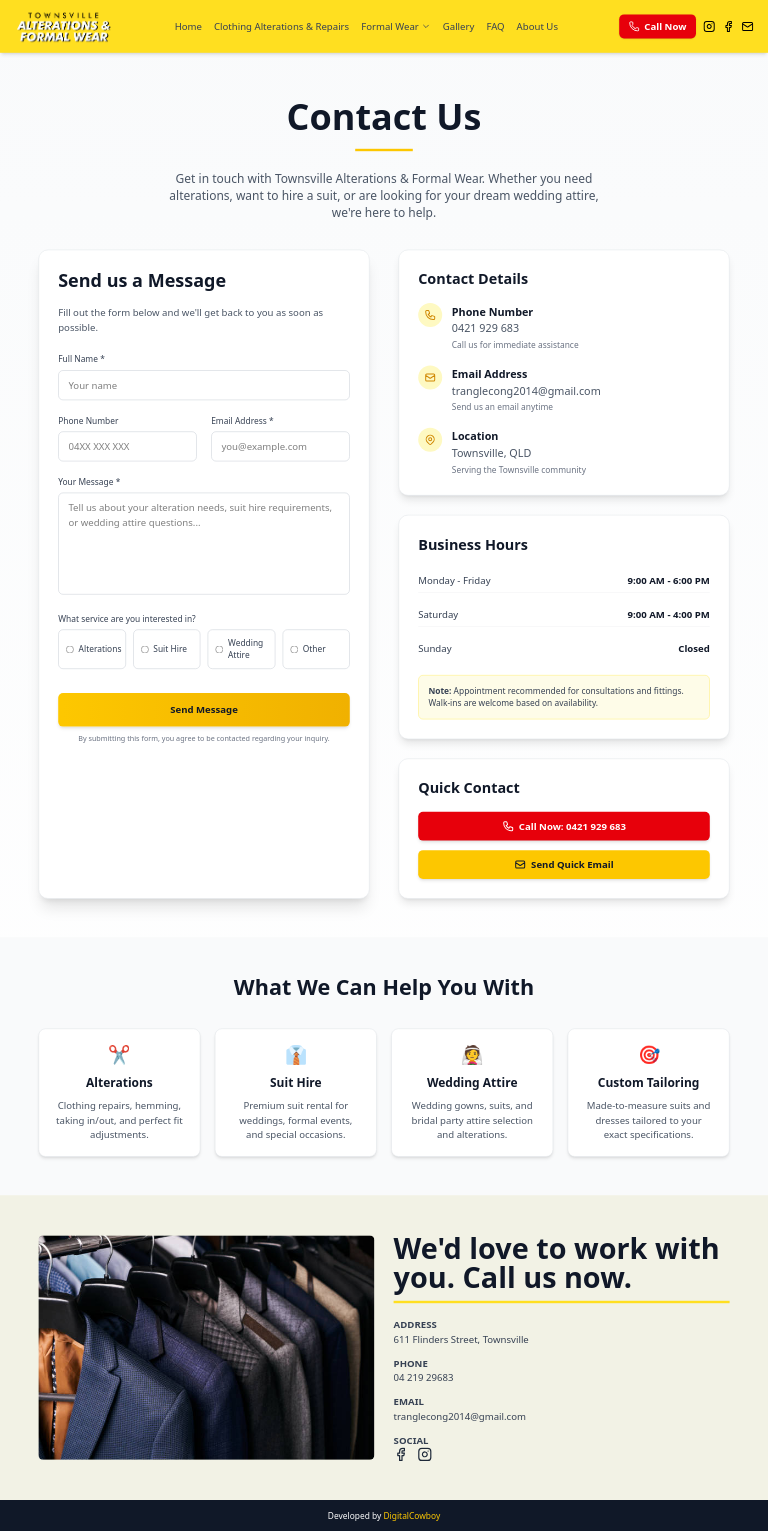
Repository: tarekhasan1/townsville-alteration
Page: /contact
These files come from the project's save history. The page is drawn as it stood at one moment and after the next save; the edit follows.
The browser window is 1280 px wide. The pictures show the whole page, at 60% of full size.
The project was rebuilt for these pictures with package versions that can differ from the ones it lists, and the page was loaded fresh each time. The framework's server and built-in components were replaced by stand-ins that run in the browser. Also part of the build but not shown: next.config.ts.

Above is the page before, as saved 2026-01-21 06:12:23.

### src/app/layout.tsx
// app/layout.tsx
import type { Metadata } from "next";
import { Geist, Geist_Mono } from "next/font/google";
import "./globals.css";
import Navbar from "@/components/Navbar";
import ContactSection from "@/components/ContactSection";
import DevelopedBy from "@/components/DevelopedBy";
import { headers } from "next/headers";
import LayoutShell from "@/components/LayoutShell";

const geistSans = Geist({
  variable: "--font-geist-sans",
  subsets: ["latin"],
});

const geistMono = Geist_Mono({
  variable: "--font-geist-mono",
  subsets: ["latin"],
});

export const metadata: Metadata = {
  title: "Townsville Alterations and Formal Wear | Tailoring, Suit Hire, Alterations",
  description: "Townsville Alterations and Formal Wear - Reinvent Your Wardrobe. Hire or tailor-make outfits that turn heads. Expert suit hire, bridal alterations, and tailoring in Townsville.",
  keywords: "Townsville Tailoring, Formal Wear Townsville, Suit Hire, Alterations, Wedding Dress Alterations, Custom Tailoring",
  authors: [{ name: "Townsville Alterations & Formal Wear" }],
  creator: "Townsville Alterations & Formal Wear",
  publisher: "Townsville Alterations & Formal Wear",
  robots: "index, follow",
  icons: "/logo.png",
};

export default function RootLayout({ children }: { children: React.ReactNode }) {
  return (
    <html lang="en">
      <body>
        <LayoutShell>{children}</LayoutShell>
      </body>
    </html>
  );
}

### src/app/globals.css
@import "tailwindcss";

:root {
  --background: #ffffff;
  --foreground: #171717;
}

### src/components/LayoutShell.tsx
// components/LayoutShell.tsx
'use client';

import { usePathname } from 'next/navigation';
import Navbar from '@/components/Navbar';
import ContactSection from '@/components/ContactSection';
import DevelopedBy from '@/components/DevelopedBy';

export default function LayoutShell({ children }: { children: React.ReactNode }) {
  const pathname = usePathname();
  const isAdminRoute = pathname.startsWith('/admin');

  return (
    <>
      {!isAdminRoute && <Navbar />}
      {children}
      {!isAdminRoute && (
        <>
          <ContactSection />
          <DevelopedBy />
        </>
      )}
    </>
  );
}

### src/components/ContactForm.tsx
// components/ContactForm.tsx
'use client';

import { useState } from 'react';

interface FormData {
  name: string;
  phone: string;
  email: string;
  message: string;
}

export default function ContactForm() {
  const [formData, setFormData] = useState<FormData>({
    name: '',
    phone: '',
    email: '',
    message: '',
  });

  const [isSubmitting, setIsSubmitting] = useState(false);
  const [submitStatus, setSubmitStatus] = useState<'idle' | 'success' | 'error'>('idle');
  const [errorMessage, setErrorMessage] = useState('');

  const handleChange = (e: React.ChangeEvent<HTMLInputElement | HTMLTextAreaElement>) => {
    const { name, value } = e.target;
    setFormData(prev => ({
      ...prev,
      [name]: value,
    }));
  };

  const handleSubmit = async (e: React.FormEvent) => {
    e.preventDefault();
    setIsSubmitting(true);
    setSubmitStatus('idle');
    setErrorMessage('');

    // Validate form
    if (!formData.name.trim() || !formData.email.trim() || !formData.message.trim()) {
      setErrorMessage('Please fill in all required fields.');
      setIsSubmitting(false);
      return;
    }

    if (!formData.email.match(/^[^\s@]+@[^\s@]+\.[^\s@]+$/)) {
      setErrorMessage('Please enter a valid email address.');
      setIsSubmitting(false);
      return;
    }

    try {
      // Send email using Formspree or direct mailto
      const subject = `Website Contact Form - ${formData.name}`;
      const body = `
Name: ${formData.name}
Phone: ${formData.phone || 'Not provided'}
Email: ${formData.email}

Message:
${formData.message}

---
This message was sent from the Townsville Alterations & Formal Wear website contact form.
      `.trim();

      // Using mailto as a fallback (works on most devices)
      window.location.href = `mailto:tranglecong2014@gmail.com?subject=${encodeURIComponent(subject)}&body=${encodeURIComponent(body)}`;

      // For better UX, we'll simulate success
      setTimeout(() => {
        setSubmitStatus('success');
        setIsSubmitting(false);
        // Reset form after successful submission
        setFormData({
          name: '',
          phone: '',
          email: '',
          message: '',
        });
      }, 500);

      // Optional: Log to console for debugging
      console.log('Form submitted:', { formData });

    } catch (error) {
      console.error('Error submitting form:', error);
      setSubmitStatus('error');
      setErrorMessage('Something went wrong. Please try again or call us directly.');
      setIsSubmitting(false);
    }
  };

  return (
    <form onSubmit={handleSubmit} className="space-y-6">
      {/* Success Message */}
      {submitStatus === 'success' && (
        <div className="p-4 bg-green-50 border border-green-200 rounded-lg">
          <div className="flex items-center">
            <svg className="w-5 h-5 text-green-500 mr-2" fill="none" stroke="currentColor" viewBox="0 0 24 24">
              <path strokeLinecap="round" strokeLinejoin="round" strokeWidth="2" d="M5 13l4 4L19 7" />
            </svg>
            <span className="text-green-700 font-medium">
              Thank you! Your message has been sent. We&apos;ll get back to you soon.
            </span>
          </div>
        </div>
      )}

      {/* Error Message */}
      {submitStatus === 'error' && (
        <div className="p-4 bg-red-50 border border-red-200 rounded-lg">
          <div className="flex items-center">
            <svg className="w-5 h-5 text-red-500 mr-2" fill="none" stroke="currentColor" viewBox="0 0 24 24">
              <path strokeLinecap="round" strokeLinejoin="round" strokeWidth="2" d="M12 9v2m0 4h.01m-6.938 4h13.856c1.54 0 2.502-1.667 1.732-2.5L13.732 4c-.77-.833-1.964-.833-2.732 0L4.196 16.5c-.77.833.192 2.5 1.732 2.5z" />
            </svg>
            <span className="text-red-700 font-medium">
              {errorMessage || 'Something went wrong. Please try again.'}
            </span>
          </div>
        </div>
      )}

      {/* Validation Error */}
      {errorMessage && submitStatus === 'idle' && (
        <div className="p-4 bg-yellow-50 border border-yellow-200 rounded-lg">
          <div className="flex items-center">
            <svg className="w-5 h-5 text-yellow-500 mr-2" fill="none" stroke="currentColor" viewBox="0 0 24 24">
              <path strokeLinecap="round" strokeLinejoin="round" strokeWidth="2" d="M12 9v2m0 4h.01m-6.938 4h13.856c1.54 0 2.502-1.667 1.732-2.5L13.732 4c-.77-.833-1.964-.833-2.732 0L4.196 16.5c-.77.833.192 2.5 1.732 2.5z" />
            </svg>
            <span className="text-yellow-700 font-medium">{errorMessage}</span>
          </div>
        </div>
      )}

      {/* Name Field */}
      <div>
        <label htmlFor="name" className="block text-sm font-medium text-gray-700 mb-2">
          Full Name *
        </label>
        <input
          type="text"
          id="name"
          name="name"
          value={formData.name}
          onChange={handleChange}
          required
          className="w-full px-4 py-3 border border-gray-300 rounded-lg focus:ring-2 focus:ring-yellow-400 focus:border-transparent transition outline-none"
          placeholder="Your name"
          disabled={isSubmitting}
        />
      </div>

      {/* Contact Info Grid */}
      <div className="grid grid-cols-1 md:grid-cols-2 gap-6">
        {/* Phone Field */}
        <div>
          <label htmlFor="phone" className="block text-sm font-medium text-gray-700 mb-2">
            Phone Number
          </label>
          <input
            type="tel"
            id="phone"
            name="phone"
            value={formData.phone}
            onChange={handleChange}
            className="w-full px-4 py-3 border border-gray-300 rounded-lg focus:ring-2 focus:ring-yellow-400 focus:border-transparent transition outline-none"
            placeholder="04XX XXX XXX"
            disabled={isSubmitting}
          />
        </div>

        {/* Email Field */}
        <div>
          <label htmlFor="email" className="block text-sm font-medium text-gray-700 mb-2">
            Email Address *
          </label>
          <input
            type="email"
            id="email"
            name="email"
            value={formData.email}
            onChange={handleChange}
            required
            className="w-full px-4 py-3 border border-gray-300 rounded-lg focus:ring-2 focus:ring-yellow-400 focus:border-transparent transition outline-none"
            placeholder="you@example.com"
            disabled={isSubmitting}
          />
        </div>
      </div>

      {/* Message Field */}
      <div>
        <label htmlFor="message" className="block text-sm font-medium text-gray-700 mb-2">
          Your Message *
        </label>
        <textarea
          id="message"
          name="message"
          value={formData.message}
          onChange={handleChange}
          required
          rows={6}
          className="w-full px-4 py-3 border border-gray-300 rounded-lg focus:ring-2 focus:ring-yellow-400 focus:border-transparent transition outline-none resize-none"
          placeholder="Tell us about your alteration needs, suit hire requirements, or wedding attire questions..."
          disabled={isSubmitting}
        />
      </div>

      {/* Service Type Selection (Optional) */}
      <div>
        <label className="block text-sm font-medium text-gray-700 mb-2">
          What service are you interested in?
        </label>
        <div className="grid grid-cols-2 md:grid-cols-4 gap-3">
          {['Alterations', 'Suit Hire', 'Wedding Attire', 'Other'].map((service) => (
            <label
              key={service}
              className="flex items-center p-3 border border-gray-300 rounded-lg hover:bg-gray-50 cursor-pointer"
            >
              <input
                type="radio"
                name="service"
                value={service.toLowerCase()}
                className="mr-2 text-yellow-500 focus:ring-yellow-400"
                disabled={isSubmitting}
              />
              <span className="text-sm text-gray-700">{service}</span>
            </label>
          ))}
        </div>
      </div>

      {/* Submit Button */}
      <div className="pt-4">
        <button
          type="submit"
          disabled={isSubmitting}
          className="w-full bg-gradient-to-r from-yellow-400 to-yellow-500 hover:from-yellow-500 hover:to-yellow-600 text-gray-900 font-bold py-4 px-6 rounded-lg transition-all duration-300 shadow-md hover:shadow-lg disabled:opacity-50 disabled:cursor-not-allowed"
        >
          {isSubmitting ? (
            <span className="flex items-center justify-center">
              <svg className="animate-spin h-5 w-5 mr-3" fill="none" viewBox="0 0 24 24">
                <circle className="opacity-25" cx="12" cy="12" r="10" stroke="currentColor" strokeWidth="4"></circle>
                <path className="opacity-75" fill="currentColor" d="M4 12a8 8 0 018-8V0C5.373 0 0 5.373 0 12h4zm2 5.291A7.962 7.962 0 014 12H0c0 3.042 1.135 5.824 3 7.938l3-2.647z"></path>
              </svg>
              Sending Message...
            </span>
          ) : (
            'Send Message'
          )}
        </button>
        <p className="text-xs text-gray-500 text-center mt-3">
          By submitting this form, you agree to be contacted regarding your inquiry.
        </p>
      </div>
    </form>
  );
}

### src/components/ContactSection.tsx
'use client';

import Image from 'next/image';
import { Facebook, Instagram } from 'lucide-react';

export default function ContactSection() {
  return (
    <footer
      id="contact"
      aria-labelledby="contact-us"
      className="bg-[#f2f2e5] p-8 md:p-12 lg:p-16"
    >
      <div className="mx-auto grid grid-cols-1 md:grid-cols-2 gap-8 items-center">
        <div className="w-full h-auto relative">
          <Image
            src="/tailored-suit.jpg"
            alt="Tailored suits on hangers"
            width={600}
            height={400}
            className="rounded-lg"
            priority
          />
        </div>
        <div className="space-y-6 text-center md:text-left">
          <h2
            id="contact-us"
            className="text-4xl md:text-5xl font-bold text-gray-900 mb-4"
          >
            We&apos;d love to work with you. Call us now.
          </h2>
          <hr className="border-yellow-300 border-[2px]" />
          <div className="space-y-4 text-gray-700">
            <div>
              <h3 className="font-semibold">ADDRESS</h3>
              <p>611 Flinders Street, Townsville</p>
            </div>
            <div>
              <h3 className="font-semibold">PHONE</h3>
              <p>04 219 29683</p>
            </div>
            <div>
              <h3 className="font-semibold">EMAIL</h3>
              <p>
                <a
                  href="mailto:tranglecong2014@gmail.com"
                  className="hover:text-gray-600"
                  aria-label="Email us at sales@tsvalterationsandformalwear.com"
                >
                  tranglecong2014@gmail.com
                </a>
              </p>
            </div>
            <div>
              <h3 className="font-semibold">SOCIAL</h3>
              <div className="flex justify-center md:justify-start space-x-4 text-xl">
                <a
                  target="_blank"
                  href="https://www.facebook.com/DressmakingAlterationsTownsville"
                  aria-label="Facebook - Townsville Alterations and Formal Wear"
                  className="text-gray-800 hover:text-gray-600"
                >
                  <Facebook size={24} />
                </a>
                <a
                  target="_blank"
                  href="https://www.instagram.com/tsvalterationformal?igsh=bXJkaXp3eXN4Yml2"
                  aria-label="Instagram - Townsville Alterations and Formal Wear"
                  className="text-gray-800 hover:text-gray-600"
                >
                  <Instagram size={24} />
                </a>
              </div>
            </div>
          </div>
        </div>
      </div>
    </footer>
  );
}

### src/components/DevelopedBy.tsx
// components/DevelopedBy.js

import React from 'react';

const DevelopedBy = () => {
  return (
    <footer className="bg-gray-900 text-white text-center py-4">
      <p className="text-sm">
        Developed by{' '}
        <a
          href="https://digitalcowboy.com.au"
          className="text-yellow-400 hover:underline"
          target="_blank"
          rel="noopener noreferrer"
        >
          DigitalCowboy
        </a>
      </p>
    </footer>
  );
};

export default DevelopedBy;

Loaded but not shown: src/app/contact/page.tsx (242 lines, source omitted); src/components/Navbar.tsx (200 lines, source omitted)

After the next save:
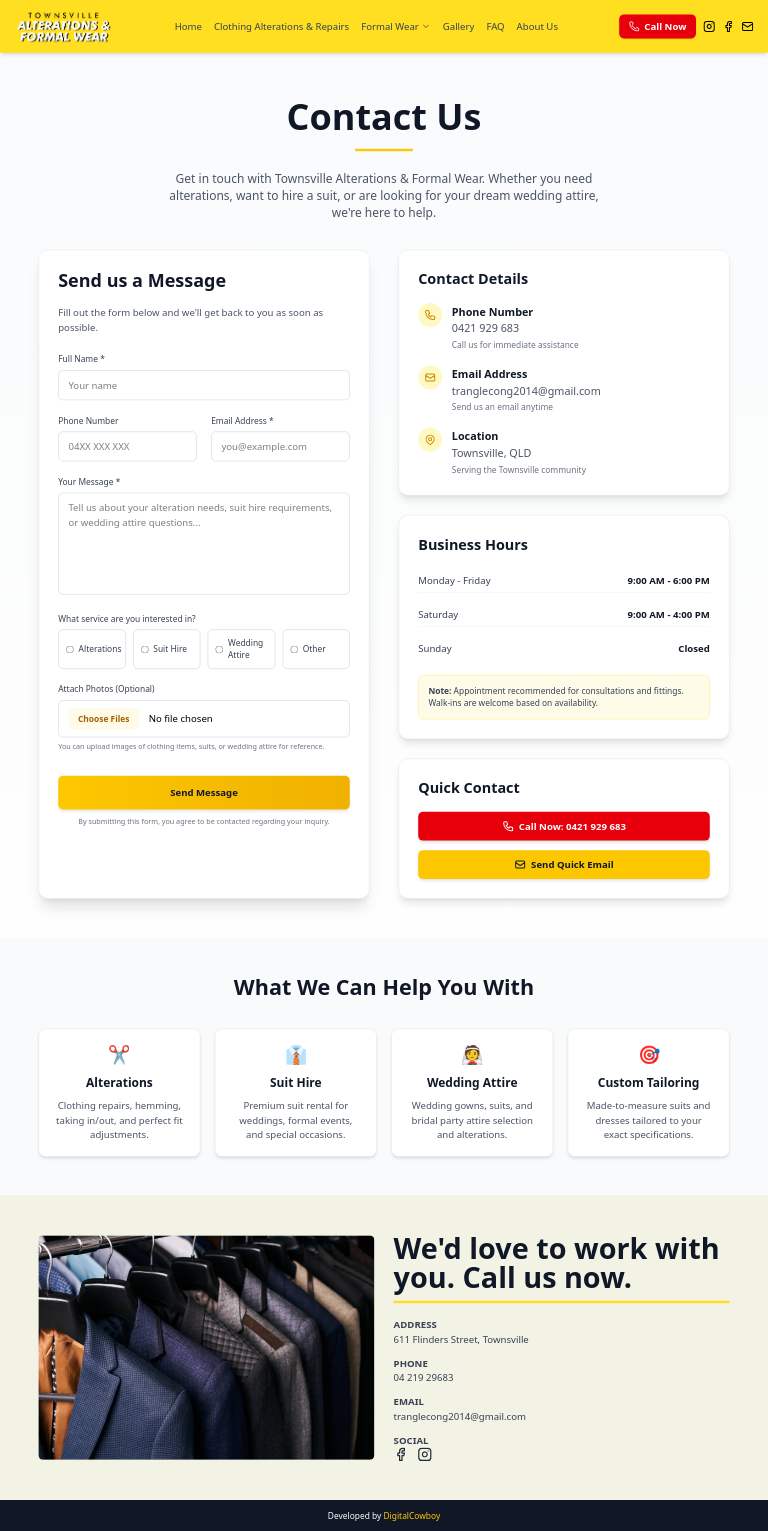
Saved 6 min 17 s later.
--- a/src/components/ContactForm.tsx
+++ b/src/components/ContactForm.tsx
@@ -8,6 +8,7 @@ interface FormData {
   phone: string;
   email: string;
   message: string;
+  service?: string;
 }
 
 export default function ContactForm() {
@@ -30,7 +31,7 @@ export default function ContactForm() {
     }));
   };
 
-  const handleSubmit = async (e: React.FormEvent) => {
+  const handleSubmit = async (e: React.FormEvent<HTMLFormElement>) => {
     e.preventDefault();
     setIsSubmitting(true);
     setSubmitStatus('idle');
@@ -50,49 +51,55 @@ export default function ContactForm() {
     }
 
     try {
-      // Send email using Formspree or direct mailto
-      const subject = `Website Contact Form - ${formData.name}`;
-      const body = `
-Name: ${formData.name}
-Phone: ${formData.phone || 'Not provided'}
-Email: ${formData.email}
-
-Message:
-${formData.message}
-
----
-This message was sent from the Townsville Alterations & Formal Wear website contact form.
-      `.trim();
-
-      // Using mailto as a fallback (works on most devices)
-      window.location.href = `mailto:tranglecong2014@gmail.com?subject=${encodeURIComponent(subject)}&body=${encodeURIComponent(body)}`;
-
-      // For better UX, we'll simulate success
-      setTimeout(() => {
+      const form = e.currentTarget;
+      const formDataObj = new FormData(form);
+
+      // Add custom fields to form data
+      formDataObj.append('name', formData.name);
+      formDataObj.append('phone', formData.phone);
+      formDataObj.append('message', formData.message);
+      formDataObj.append('_subject', `Website Contact Form - ${formData.name}`);
+      formDataObj.append('_replyto', formData.email);
+
+      const response = await fetch('https://formspree.io/f/mdaawgll', {
+        method: 'POST',
+        body: formDataObj,
+        headers: {
+          'Accept': 'application/json',
+        },
+      });
+
+      if (response.ok) {
         setSubmitStatus('success');
-        setIsSubmitting(false);
-        // Reset form after successful submission
+        // Reset form
         setFormData({
           name: '',
           phone: '',
           email: '',
           message: '',
         });
-      }, 500);
-
-      // Optional: Log to console for debugging
-      console.log('Form submitted:', { formData });
-
+        // Reset form element
+        if (form) form.reset();
+      } else {
+        const result = await response.json();
+        throw new Error(result.error || 'Form submission failed');
+      }
     } catch (error) {
       console.error('Error submitting form:', error);
       setSubmitStatus('error');
       setErrorMessage('Something went wrong. Please try again or call us directly.');
+    } finally {
       setIsSubmitting(false);
     }
   };
 
   return (
-    <form onSubmit={handleSubmit} className="space-y-6">
+    <form
+      onSubmit={handleSubmit}
+      className="space-y-6"
+      method="POST"
+      action="https://formspree.io/f/mdaawgll"
+    >
       {/* Success Message */}
       {submitStatus === 'success' && (
         <div className="p-4 bg-green-50 border border-green-200 rounded-lg">
@@ -101,7 +108,7 @@ This message was sent from the Townsville Alterations & Formal Wear website cont
               <path strokeLinecap="round" strokeLinejoin="round" strokeWidth="2" d="M5 13l4 4L19 7" />
             </svg>
             <span className="text-green-700 font-medium">
-              Thank you! Your message has been sent. We&apos;ll get back to you soon.
+              Thank you! Your message has been sent successfully. We&apos;ll get back to you soon.
             </span>
           </div>
         </div>
@@ -132,6 +139,9 @@ This message was sent from the Townsville Alterations & Formal Wear website cont
           </div>
         </div>
       )}
+
+      {/* Hidden honeypot field for spam protection */}
+      <input type="hidden" name="_gotcha" style={{display: 'none'}} />
 
       {/* Name Field */}
       <div>
@@ -224,11 +234,31 @@ This message was sent from the Townsville Alterations & Formal Wear website cont
                 value={service.toLowerCase()}
                 className="mr-2 text-yellow-500 focus:ring-yellow-400"
                 disabled={isSubmitting}
+                onChange={handleChange}
               />
               <span className="text-sm text-gray-700">{service}</span>
             </label>
           ))}
         </div>
+      </div>
+
+      {/* File Upload (Optional) */}
+      <div>
+        <label htmlFor="upload" className="block text-sm font-medium text-gray-700 mb-2">
+          Attach Photos (Optional)
+        </label>
+        <input
+          type="file"
+          id="upload"
+          name="upload"
+          className="w-full px-4 py-3 border border-gray-300 rounded-lg focus:ring-2 focus:ring-yellow-400 focus:border-transparent transition outline-none file:mr-4 file:py-2 file:px-4 file:rounded-lg file:border-0 file:text-sm file:font-semibold file:bg-yellow-50 file:text-yellow-700 hover:file:bg-yellow-100"
+          accept="image/*,.pdf"
+          multiple
+          disabled={isSubmitting}
+        />
+        <p className="text-xs text-gray-500 mt-2">
+          You can upload images of clothing items, suits, or wedding attire for reference.
+        </p>
       </div>
 
       {/* Submit Button */}
